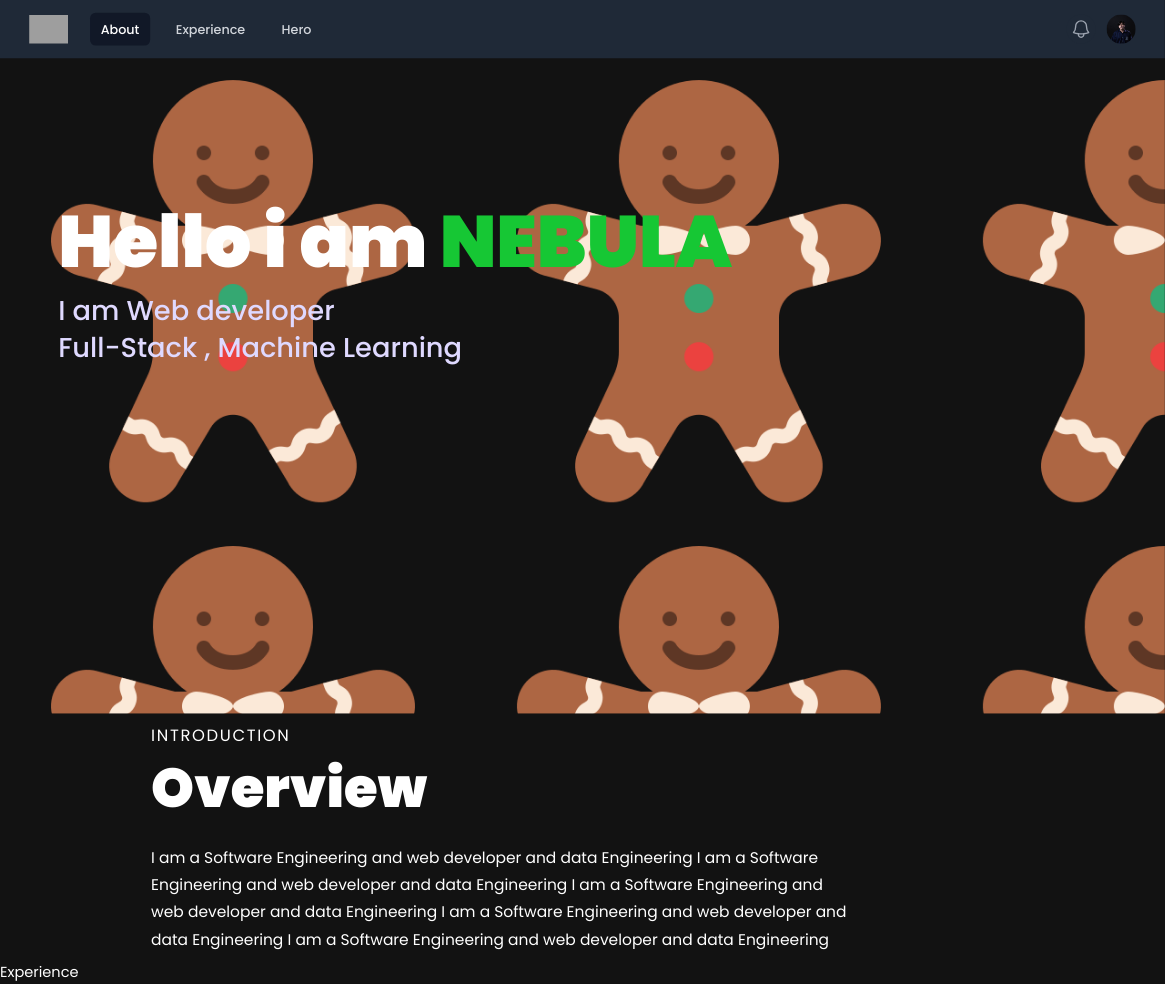
Repository: supakorn5039-boon/React-f
Page: /
The author's editor kept a copy of each file at every save. The page is drawn from the files as they stood at one save, then again after a run of saves.
The browser window is 1280 px wide. The pictures show the whole page, at 91% of full size.
Pictures or frames that could not be fetched are drawn as grey boxes. The project was rebuilt for these pictures with package versions that can differ from the ones it lists, and the page was loaded fresh each time. Also part of the build but not shown: vite.config.js.

Above is the page before, as saved 2024-01-09 21:47:44.

### src/App.jsx
import Hero from "./components/Hero";
import About from "./components/About";
import Experience from "./components/Experience";
import Navbar from "./components/Navbar";

export default function App() {
  return (
    <div>
      <Navbar />
      <Hero />
      <About />
      <Experience />
    </div>
  );
}

### src/index.css
@import url("https://fonts.googleapis.com/css2?family=Poppins:wght@100;200;300;400;500;600;700;800;900&display=swap");

@tailwind base;
@tailwind components;
@tailwind utilities;

* {
  margin: 0;
  padding: 0;
  box-sizing: border-box;
  font-family: "Poppins", sans-serif;
  scroll-behavior: smooth;
  color-scheme: dark;
}
.bg-boon {
  background-image: url("./assets/gingerbread-man.png");
}
.section {
  position: absolute;
  inset: 0;
  top: 120px;
  max-width: 7xl;
  margin: 0 auto;
  padding-left: 6rem;
  padding-right: 6rem;
  display: flex;
  flex-direction: row;
  align-items: flex-start;
  gap: 1.25rem; /* This corresponds to 5 units in "rem" */
}
.heroHeadText {
  font-weight: 900;
  color: white;
  font-size: 80px;
  line-height: 98px;
  margin-top: 2rem;
}

@media (max-width: 1023px) {
  .heroHeadText {
    font-size: 60px;
  }
}

@media (max-width: 767px) {
  .heroHeadText {
    font-size: 50px;
  }
}

@media (max-width: 575px) {
  .heroHeadText {
    font-size: 40px;
  }
}

.heroSubText {
  font-weight: 500;
  color: #dfd9ff;
  font-size: 30px;
  line-height: 40px;
}

@media (max-width: 1023px) {
  .heroSubText {
    font-size: 26px;
  }
}

@media (max-width: 767px) {
  .heroSubText {
    font-size: 20px;
  }
}

@media (max-width: 575px) {
  .heroSubText {
    font-size: 16px;
  }
}

.sectionHeadText {
  color: white;
  font-weight: 900;
  font-size: 60px;
}

@media (max-width: 767px) {
  .sectionHeadText {
    font-size: 50px;
  }
}

@media (max-width: 575px) {
  .sectionHeadText {
    font-size: 40px;
  }
}

.sectionSubText {
  font-size: 18px;
  text-transform: uppercase;
  letter-spacing: 0.1em;
  color: var(--text-secondary);
}

@media (max-width: 767px) {
  .sectionSubText {
    font-size: 18px;
  }
}

.about-head {
  padding: 10px 6px; /* Default padding values */
  max-width: calc(100% - 20rem); /* Adjust the value according to your needs */
  margin: 0 auto;
  position: relative;
  z-index: 0;
}

@media (min-width: 640px) {
  .myElement {
    padding: 16px 6px; /* Updated padding for sm screen size */
  }
}

.about-text {
  margin-top: 1rem; /* Equivalent to mt-4 */
  color: white; /* Assuming --text-secondary is defined */
  font-size: 17px;
  max-width: 48rem; /* Equivalent to max-w-3xl */
  line-height: 1.875rem; /* Equivalent to leading-[30px] */
}

### src/components/Hero.jsx
export default function Hero() {
  return (
    <section className="relative w-full h-screen mx-auto bg-boon">
      <div className="absolute inset-0 top-[120px] mx-w-7xl mx-auto sm:px-16 px-6 flex flex-auto">
        <div>
          <h1 className="heroHeadText">
            Hello i am <span className="text-[#16c734]">NEBULA</span>
          </h1>
          <p className="heroSubText mt-2 text-white-100">
            I am Web developer <br />
            Full-Stack , Machine Learning
          </p>
        </div>
      </div>
    </section>
  );
}

### src/components/About.jsx
const About = () => {
  return (
    <div className="about-head">
      <div className="sectionSubText">Introduction</div>
      <h2 className="sectionHeadText">Overview</h2>
      <div className="about-text">
        I am a Software Engineering and web developer and data Engineering I am
        a Software Engineering and web developer and data Engineering I am a
        Software Engineering and web developer and data Engineering I am a
        Software Engineering and web developer and data Engineering I am a
        Software Engineering and web developer and data Engineering{" "}
      </div>

      <div>{/* {card} */}</div>

    </div>
  );
};

export default About;

### src/components/Navbar.jsx
import { Fragment } from "react";
import { Disclosure, Menu, Transition } from "@headlessui/react";
import { Bars3Icon, BellIcon, XMarkIcon } from "@heroicons/react/24/outline";
import boon from "../assets/Photo.jpg";
const navigation = [
  { name: "About", href: "#about", current: true },
  { name: "Experience", href: "#experience", current: false },
  { name: "Hero", href: "#hero", current: false },
];

function classNames(...classes) {
  return classes.filter(Boolean).join(" ");
}

export default function Navbar() {
  return (
    <Disclosure as="nav" className="bg-gray-800">
      {({ open }) => (
        <>
          <div className="mx-auto max-w-7xl px-2 sm:px-6 lg:px-8">
            <div className="relative flex h-16 items-center justify-between">
              <div className="absolute inset-y-0 left-0 flex items-center sm:hidden">
                {/* Mobile menu button*/}
                <Disclosure.Button className="relative inline-flex items-center justify-center rounded-md p-2 text-gray-400 hover:bg-gray-700 hover:text-white focus:outline-none focus:ring-2 focus:ring-inset focus:ring-white">
                  <span className="absolute -inset-0.5" />
                  <span className="sr-only">Open main menu</span>
                  {open ? (
                    <XMarkIcon className="block h-6 w-6" aria-hidden="true" />
                  ) : (
                    <Bars3Icon className="block h-6 w-6" aria-hidden="true" />
                  )}
                </Disclosure.Button>
              </div>
              <div className="flex flex-1 items-center justify-center sm:items-stretch sm:justify-start">
                <div className="flex flex-shrink-0 items-center">
                  <img
                    className="h-8 w-auto"
                    src="https://tailwindui.com/img/logos/mark.svg?color=indigo&shade=500"
                    alt="Your Company"
                  />
                </div>
                <div className="hidden sm:ml-6 sm:block">
                  <div className="flex space-x-4">
                    {navigation.map((item) => (
                      <a
                        key={item.name}
                        href={item.href}
                        className={classNames(
                          item.current
                            ? "bg-gray-900 text-white"
                            : "text-gray-300 hover:bg-gray-700 hover:text-white",
                          "rounded-md px-3 py-2 text-sm font-medium"
                        )}
                        aria-current={item.current ? "page" : undefined}
                      >
                        {item.name}
                      </a>
                    ))}
                  </div>
                </div>
              </div>
              <div className="absolute inset-y-0 right-0 flex items-center pr-2 sm:static sm:inset-auto sm:ml-6 sm:pr-0">
                <button
                  type="button"
                  className="relative rounded-full bg-gray-800 p-1 text-gray-400 hover:text-white focus:outline-none focus:ring-2 focus:ring-white focus:ring-offset-2 focus:ring-offset-gray-800"
                >
                  <span className="absolute -inset-1.5" />
                  <span className="sr-only">View notifications</span>
                  <BellIcon className="h-6 w-6" aria-hidden="true" />
                </button>

                {/* Profile dropdown */}
                <Menu as="div" className="relative ml-3">
                  <div>
                    <Menu.Button className="relative flex rounded-full bg-gray-800 text-sm focus:outline-none focus:ring-2 focus:ring-white focus:ring-offset-2 focus:ring-offset-gray-800">
                      <span className="absolute -inset-1.5" />
                      <span className="sr-only">Open user menu</span>
                      <img className="h-8 w-8 rounded-full" src={boon} alt="" />
                    </Menu.Button>
                  </div>
                  <Transition
                    as={Fragment}
                    enter="transition ease-out duration-100"
                    enterFrom="transform opacity-0 scale-95"
                    enterTo="transform opacity-100 scale-100"
                    leave="transition ease-in duration-75"
                    leaveFrom="transform opacity-100 scale-100"
                    leaveTo="transform opacity-0 scale-95"
                  >
                    <Menu.Items className="absolute right-0 z-10 mt-2 w-48 origin-top-right rounded-md bg-white py-1 shadow-lg ring-1 ring-black ring-opacity-5 focus:outline-none">
                      <Menu.Item>
                        {({ active }) => (
                          <a
                            href="#"
                            className={classNames(
                              active ? "bg-gray-100" : "",
                              "block px-4 py-2 text-sm text-gray-700"
                            )}
                          >
                            Your Profile
                          </a>
                        )}
                      </Menu.Item>
                      <Menu.Item>
                        {({ active }) => (
                          <a
                            href="#"
                            className={classNames(
                              active ? "bg-gray-100" : "",
                              "block px-4 py-2 text-sm text-gray-700"
                            )}
                          >
                            Settings
                          </a>
                        )}
                      </Menu.Item>
                      <Menu.Item>
                        {({ active }) => (
                          <a
                            href="#"
                            className={classNames(
                              active ? "bg-gray-100" : "",
                              "block px-4 py-2 text-sm text-gray-700"
                            )}
                          >
                            Sign out
                          </a>
                        )}
                      </Menu.Item>
                    </Menu.Items>
                  </Transition>
                </Menu>
              </div>
            </div>
          </div>

          <Disclosure.Panel className="sm:hidden">
            <div className="space-y-1 px-2 pb-3 pt-2">
              {navigation.map((item) => (
                <Disclosure.Button
                  key={item.name}
                  as="a"
                  href={item.href}
                  className={classNames(
                    item.current
                      ? "bg-gray-900 text-white"
                      : "text-gray-300 hover:bg-gray-700 hover:text-white",
                    "block rounded-md px-3 py-2 text-base font-medium"
                  )}
                  aria-current={item.current ? "page" : undefined}
                >
                  {item.name}
                </Disclosure.Button>
              ))}
            </div>
          </Disclosure.Panel>
        </>
      )}
    </Disclosure>
  );
}

Loaded but not shown: index.html (common file); src/main.jsx (common file); src/components/Experience.jsx (common file); tailwind.config.js (common file)

After the next 3 saves:
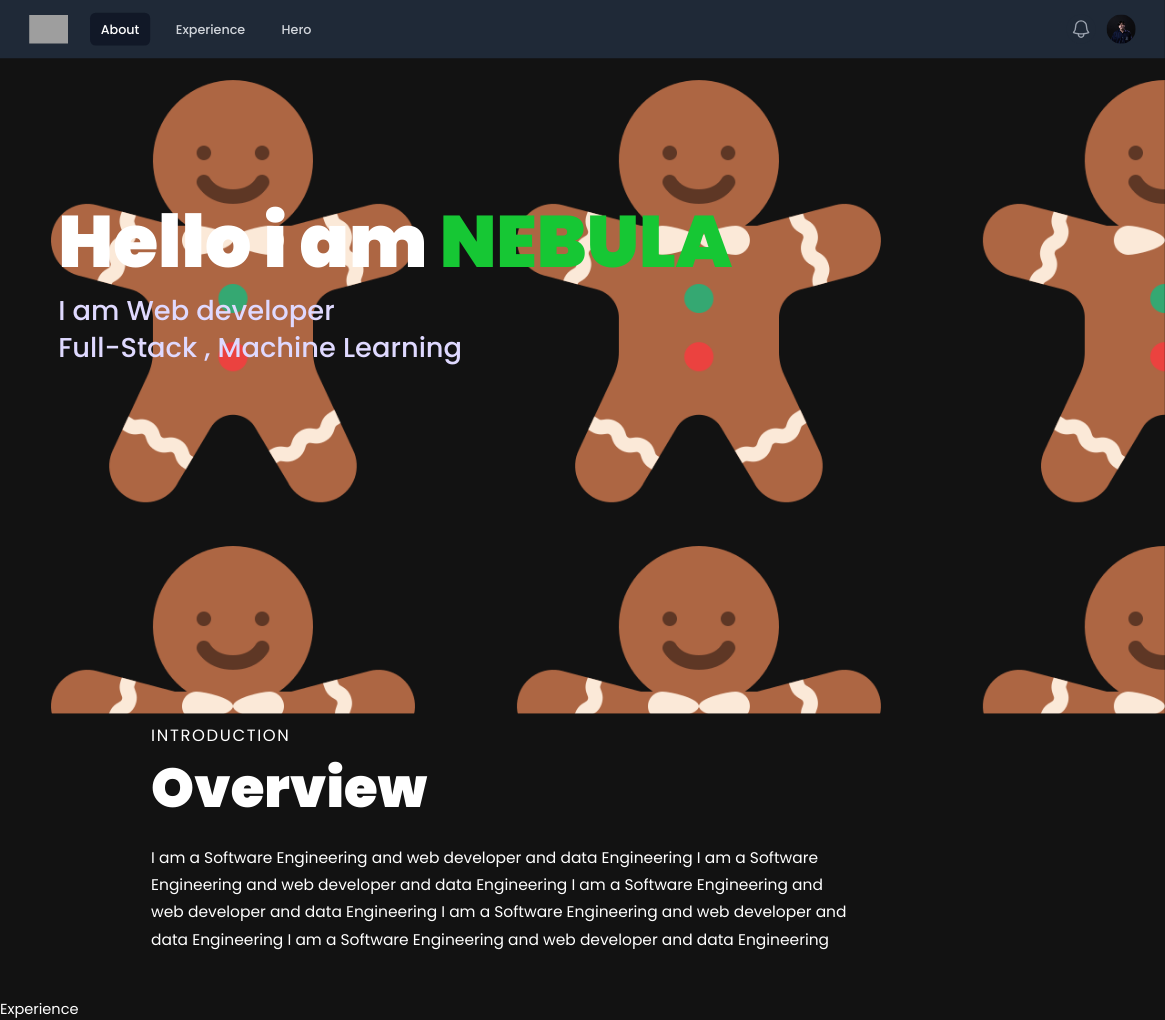
The 3 saves are shown as one change because they came seconds apart.
The last was saved 12 s later.
--- a/src/components/About.jsx
+++ b/src/components/About.jsx
@@ -11,7 +11,7 @@ const About = () => {
         Software Engineering and web developer and data Engineering{" "}
       </div>
 
-      <div>{/* {card} */}</div>
+      <div className="mt-10">{/* {card} */}</div>
 
     </div>
   );
